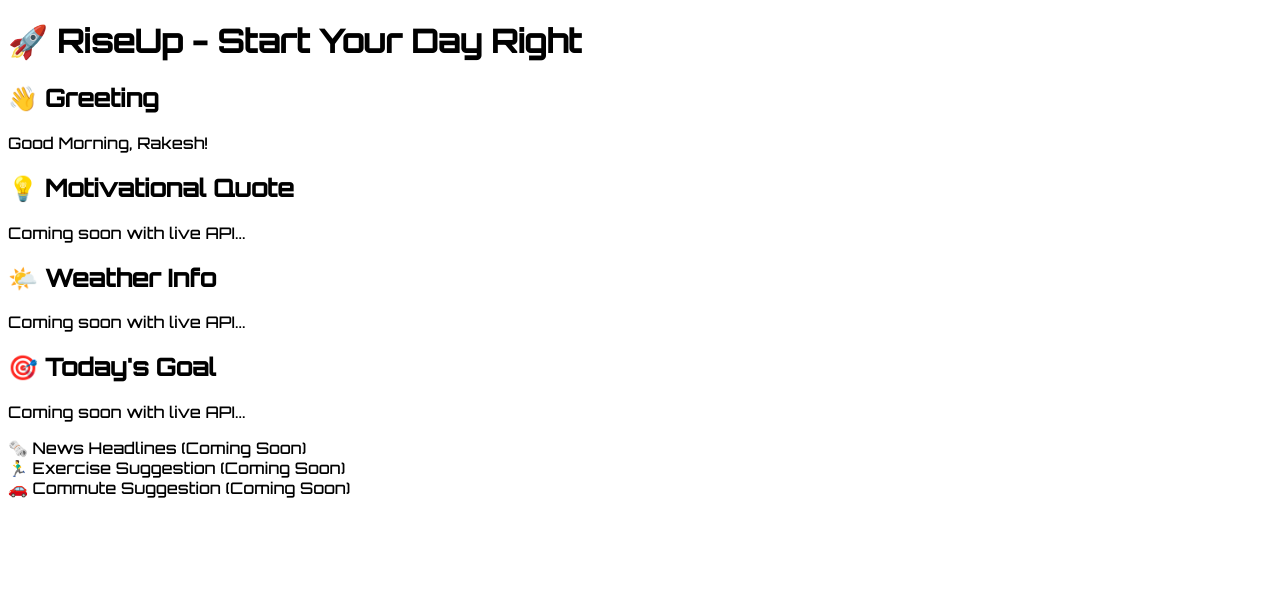
Repository: rakeshkumar1012/riseup
Page: /
The author's editor kept a copy of each file at every save. The page is drawn from the files as they stood at one save, then again after the next save.
The browser window is 1280 px wide. The pictures show the whole page.
The project was rebuilt for these pictures with package versions that can differ from the ones it lists, and the page was loaded fresh each time.

Above is the page before, as saved 2025-07-05 03:02:02.

### public/index.html
<!DOCTYPE html>
<html lang="en">
  <head>
    <meta charset="utf-8" />
    <link rel="icon" href="%PUBLIC_URL%/favicon.ico" />
    <meta name="viewport" content="width=device-width, initial-scale=1" />
    <meta name="theme-color" content="#000000" />
    <meta
      name="description"
      content="Web site created using create-react-app"
    />
    <link rel="apple-touch-icon" href="%PUBLIC_URL%/logo192.png" />
    <!--
      manifest.json provides metadata used when your web app is installed on a
      user's mobile device or desktop. See https://developers.google.com/web/fundamentals/web-app-manifest/
    -->
    <link rel="manifest" href="%PUBLIC_URL%/manifest.json" />
    <!--
      Notice the use of %PUBLIC_URL% in the tags above.
      It will be replaced with the URL of the `public` folder during the build.
      Only files inside the `public` folder can be referenced from the HTML.

      Unlike "/favicon.ico" or "favicon.ico", "%PUBLIC_URL%/favicon.ico" will
      work correctly both with client-side routing and a non-root public URL.
      Learn how to configure a non-root public URL by running `npm run build`.
    -->
      <link href="https://fonts.googleapis.com/css2?family=Orbitron:wght@500&display=swap" rel="stylesheet">

    <title>React App</title>
  </head>
  <body>
    <noscript>You need to enable JavaScript to run this app.</noscript>
    <div id="root"></div>
    <!--
      This HTML file is a template.
      If you open it directly in the browser, you will see an empty page.

      You can add webfonts, meta tags, or analytics to this file.
      The build step will place the bundled scripts into the <body> tag.

      To begin the development, run `npm start` or `yarn start`.
      To create a production bundle, use `npm run build` or `yarn build`.
    -->
  </body>
</html>

### src/index.css
/* src/index.css */
@tailwind base;
@tailwind components;
@tailwind utilities;

body {
  @apply bg-gradient-to-br from-[#0f0c29] via-[#302b63] to-[#24243e] text-white min-h-screen;
  font-family: 'Orbitron', sans-serif;
}


/*body {
  margin: 0;
  font-family: -apple-system, BlinkMacSystemFont, 'Segoe UI', 'Roboto', 'Oxygen',
    'Ubuntu', 'Cantarell', 'Fira Sans', 'Droid Sans', 'Helvetica Neue',
    sans-serif;
  -webkit-font-smoothing: antialiased;
  -moz-osx-font-smoothing: grayscale;
}*/

code {
  font-family: source-code-pro, Menlo, Monaco, Consolas, 'Courier New',
    monospace;
}

### src/App.js
// src/App.js
import Greeting from './components/Greeting';
import Weather from './components/Weather';
import Quote from './components/Quote';
import DailyTask from './components/DailyTask';
import News from './components/News';
import Exercise from './components/Exercise';
import Commute from './components/Commute';

function App() {
  return (
    <div className="min-h-screen px-4 py-10 bg-gradient-to-br from-[#0f0c29] via-[#302b63] to-[#24243e]">
      <div className="max-w-5xl mx-auto space-y-8">
        <h1 className="text-4xl font-bold text-center mb-4 tracking-wide text-cyan-300 animate-pulse">
          🚀 RiseUp - Start Your Day Right
        </h1>

        <div className="grid grid-cols-1 md:grid-cols-2 gap-6">
          <Greeting />
          <Quote />
          <Weather />
          <DailyTask />
          <News />
          <Exercise />
          <Commute />
        </div>
      </div>
    </div>
  );
}

export default App;

### src/components/Greeting.js
function Greeting() {
  const hour = new Date().getHours();
  let message = "Good Morning";

  if (hour >= 12 && hour < 18) message = "Good Afternoon";
  else if (hour >= 18) message = "Good Evening";

  return (
    <div className="bg-white/10 backdrop-blur-md rounded-xl p-6 border border-white/20 hover:shadow-lg transition-shadow duration-300 hover:border-yellow-300">
      <h2 className="text-xl font-semibold mb-2 text-yellow-300">👋 Greeting</h2>
      <p className="text-white/80">{message}, Rakesh!</p>
    </div>
  );
}

export default Greeting;

### src/components/Weather.js
function Weather() {
  return (
    <div className="bg-white/10 backdrop-blur-md rounded-xl p-6 border border-white/20 hover:shadow-lg transition-shadow duration-300 hover:border-cyan-300">
      <h2 className="text-xl font-semibold mb-2 text-cyan-200">🌤️ Weather Info</h2>
      <p className="text-white/80">Coming soon with live API...</p>
    </div>
  );
}

export default Weather;

### src/components/Quote.js
function Quote() {
  return (
    <div className="bg-white/10 backdrop-blur-md rounded-xl p-6 border border-white/20 hover:shadow-lg transition-shadow duration-300 hover:border-pink-300">
      <h2 className="text-xl font-semibold mb-2 text-pink-300">💡 Motivational Quote</h2>
      <p className="text-white/80">Coming soon with live API...</p>
    </div>
  );
}

export default Quote;

### src/components/DailyTask.js
function DailyTask() {
  return (
    <div className="bg-white/10 backdrop-blur-md rounded-xl p-6 border border-white/20 hover:shadow-lg transition-shadow duration-300 hover:border-green-400">
      <h2 className="text-xl font-semibold mb-2 text-green-400">🎯 Today's Goal</h2>
      <p className="text-white/80">Coming soon with live API...</p>
    </div>
  );
}

export default DailyTask;

### src/components/News.js
// src/components/News.js
function News() {
  return (
    <div className="p-4 bg-white/10 backdrop-blur-md rounded-xl text-white">
      🗞️ News Headlines (Coming Soon)
    </div>
  );
}

export default News;

### src/components/Exercise.js
// src/components/Exercise.js
function Exercise() {
  return (
    <div className="p-4 bg-white/10 backdrop-blur-md rounded-xl text-white">
      🏃‍♂️ Exercise Suggestion (Coming Soon)
    </div>
  );
}

export default Exercise;

### src/components/Commute.js
// src/components/Commute.js
function Commute() {
  return (
    <div className="p-4 bg-white/10 backdrop-blur-md rounded-xl text-white">
      🚗 Commute Suggestion (Coming Soon)
    </div>
  );
}

export default Commute;

Loaded but not shown: src/index.js (common file); src/reportWebVitals.js (common file)

After the next save:
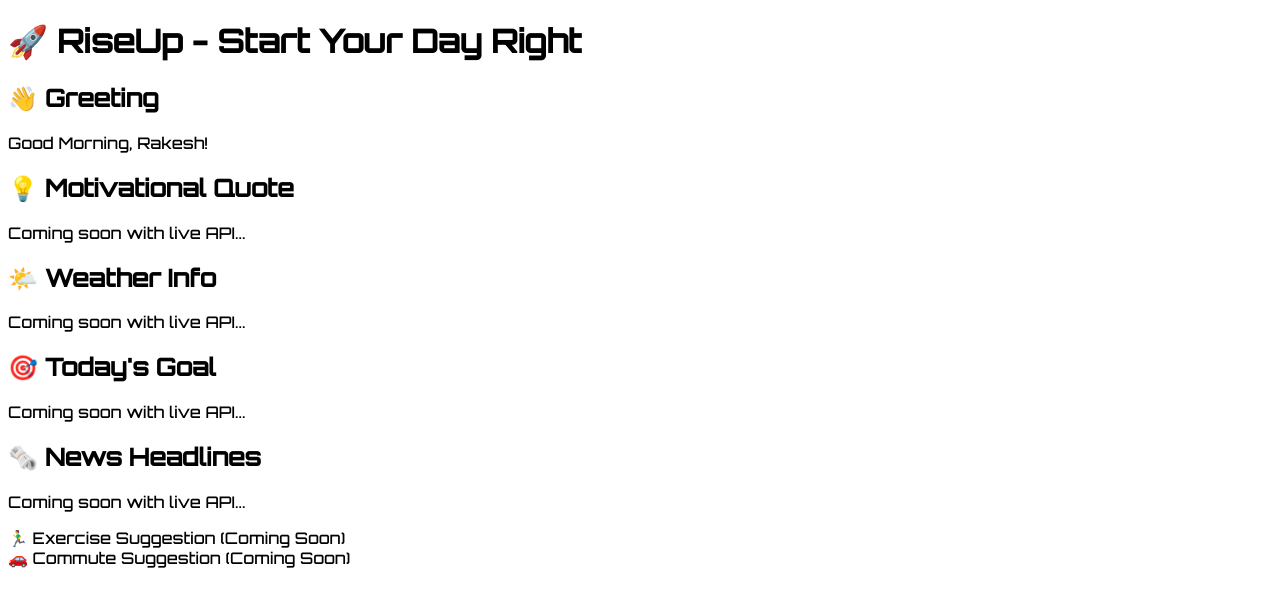
Saved 11 s later.
--- a/src/components/News.js
+++ b/src/components/News.js
@@ -1,8 +1,8 @@
-// src/components/News.js
 function News() {
   return (
-    <div className="p-4 bg-white/10 backdrop-blur-md rounded-xl text-white">
-      🗞️ News Headlines (Coming Soon)
+    <div className="bg-white/10 backdrop-blur-md rounded-xl p-6 border border-white/20 hover:shadow-lg transition-shadow duration-300 hover:border-red-400">
+      <h2 className="text-xl font-semibold mb-2 text-red-400">🗞️ News Headlines</h2>
+      <p className="text-white/80">Coming soon with live API...</p>
     </div>
   );
 }
